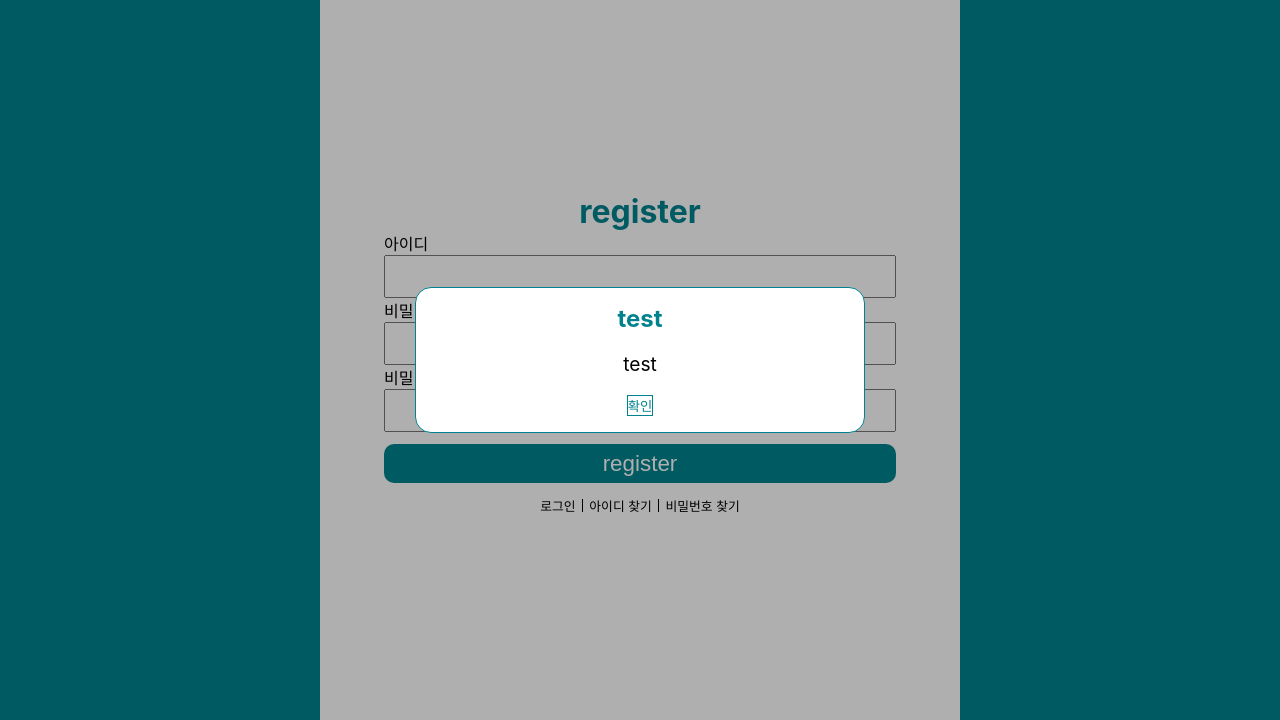
Repository: SeungYn/ticktickup-client
Page: /register
These files come from the project's save history. The page is drawn as it stood at one moment and after the next save; the edit follows.
The browser window is 1280 px wide. The pictures show the whole page.
The project was rebuilt for these pictures with package versions that can differ from the ones it lists, and the page was loaded fresh each time. Also part of the build but not shown: src/App.tsx, src/pages/Main.tsx, src/pages/TimeDetail.tsx, src/pages/MyInfo.tsx, src/containers/auth/LoginFormContainer.tsx, src/pages/LoginPage.tsx.

Above is the page before, as saved 2023-01-04 00:23:19.

### src/index.tsx
import React from 'react';
import ReactDOM from 'react-dom/client';
import { createBrowserRouter, RouterProvider } from 'react-router-dom';

import './index.css';
import App from './App';
import Main from './pages/Main';
import TimeDetail from './pages/TimeDetail';
import MyInfo from './pages/MyInfo';
import LoginContainer from './pages/LoginPage';
import RegisterPage from './pages/RegisterPage';
import { Provider } from 'react-redux';
import { store } from './modules';
import { ThemeProvider } from 'styled-components';

const root = ReactDOM.createRoot(
  document.getElementById('root') as HTMLElement
);

const router = createBrowserRouter([
  {
    path: '/',
    element: <App />,
    children: [
      { index: true, element: <Main /> },
      {
        path: 'TimeDetail',
        element: <TimeDetail />,
      },
      {
        path: 'Myinfo',
        element: <MyInfo />,
      },
    ],
  },
  {
    path: 'Login',
    element: <LoginContainer />,
  },
  {
    path: 'register',
    element: <RegisterPage />,
  },
]);

root.render(
  <Provider store={store}>
    <ThemeProvider theme={{ color: '#00838f' }}>
      <RouterProvider router={router}></RouterProvider>
    </ThemeProvider>
  </Provider>
);

### src/index.css
* {
  box-sizing: border-box;
}

html {
  height: 100%;
  width: 100%;
}

body {
  margin: 0;
  font-family: -apple-system, BlinkMacSystemFont, 'Segoe UI', 'Roboto', 'Oxygen',
    'Ubuntu', 'Cantarell', 'Fira Sans', 'Droid Sans', 'Helvetica Neue',
    sans-serif;
  -webkit-font-smoothing: antialiased;
  -moz-osx-font-smoothing: grayscale;
  height: 100%;
  width: 100%;
}

code {
  font-family: source-code-pro, Menlo, Monaco, Consolas, 'Courier New',
    monospace;
}

#root {
  height: 100%;
  width: 100%;
  background-color: #00838f;
  display: flex;
  justify-content: center;
}

input {
  outline: none;
}

h1,
h2 {
  margin: 0;
}

button {
  outline: none;
  background: none;
  border: none;
  cursor: pointer;
  padding: 0;
}

a {
  text-decoration: none;
  color: black;
}

a:visited {
  color: black;
}

### src/pages/RegisterPage.tsx
import React from 'react';
import RegisterFormContainer from '../containers/auth/RegisterFormContainer';

export default function RegisterPage() {
  const onSubmit = (e: React.FormEvent<HTMLFormElement>) => {
    e.preventDefault();
    console.log('submit');
  };
  return <RegisterFormContainer />;
}

### src/modules/index.ts
import { configureStore } from '@reduxjs/toolkit';
import authReducer from './auth';
import loadingReducer from './Loading';

export const store = configureStore({
  reducer: { auth: authReducer, loading: loadingReducer },
});
export type RootState = ReturnType<typeof store.getState>;
export type AppDispatch = typeof store.dispatch;

### src/containers/auth/RegisterFormContainer.tsx
import React from 'react';
import { useDispatch, useSelector } from 'react-redux';
import AuthForm from '../../components/auth/AuthForm';
import { AppDispatch, RootState } from '../../modules';
import { authRegister, changeField } from '../../modules/auth';

export default function RegisterFormContainer() {
  const { register, authError } = useSelector((state: RootState) => state.auth);
  const { loading } = useSelector((state: RootState) => state);
  const dispatch = useDispatch<AppDispatch>();
  const onSubmit = async (e: React.FormEvent<HTMLFormElement>) => {
    e.preventDefault();
    console.log('submit');

    const test = await dispatch(
      authRegister({ username: register.username, password: register.password })
    );
    console.log(test);
  };

  const onChange = (e: React.ChangeEvent<HTMLInputElement>) => {
    const { name, value } = e.target;
    dispatch(changeField({ form: 'register', name, value }));
  };
  console.log(authError);
  return (
    <AuthForm
      type={'register'}
      form={register}
      onChange={onChange}
      onSubmit={onSubmit}
      loading={loading.loading}
      passwordMatch={register.passwordMatch}
      authError={authError}
    />
  );
}

### src/modules/auth.ts
import { AxiosError, AxiosResponse } from 'axios';
import {
  createAsyncThunk,
  createSlice,
  current,
  PayloadAction,
} from '@reduxjs/toolkit';
import { AppDispatch } from '.';
import AuthService from '../service/authService';
import { finishLoading, startLoading } from './Loading';

const authService = AuthService.getHttpInstance();

export interface AuthSuccessResponse {
  username: string;
  token: string;
}

export interface AuthFailResponse {
  error: string;
}

export type Register = {
  username: string;
  password: string;
  passwordConfirm: string;
  passwordMatch: boolean;
  [key: string]: string | boolean;
};

export type Login = {
  username: string;
  password: string;
  [key: string]: string;
};

export const authRegister = createAsyncThunk<
  { token: string; username: string },
  { username: string; password: string },
  {
    rejectValue: AuthFailResponse;
    dispatch: AppDispatch;
  }
>('auth/REGISTER', async (form, thunkAPI) => {
  console.log('async');
  console.log(thunkAPI);
  thunkAPI.dispatch(startLoading());
  try {
    const res = (await authService.signup(
      form.username,
      form.password
    )) as AxiosResponse;

    return res.data;
  } catch (e) {
    //todo 에러메세지 가져오기

    return thunkAPI.rejectWithValue({ error: String(e) });
  } finally {
    thunkAPI.dispatch(finishLoading());
  }
});

export const authLogin = createAsyncThunk(
  'auth/LOGIN',
  async (form: Login, thunkAPI) => {
    thunkAPI.dispatch(startLoading());
    try {
      return { payload: { token: '123', username: '123' } };
    } catch (e) {
      return thunkAPI.rejectWithValue({ error: '123' });
    } finally {
      thunkAPI.dispatch(finishLoading());
    }
  }
);

interface InitialAuthFormState {
  register: Register;
  login: Login;
  authError: string | null | undefined;
  authDuplicateError: string | null;
  auth: null | { [key: string]: string };
}

const initialAuthFormState: InitialAuthFormState = {
  register: {
    username: '',
    password: '',
    passwordConfirm: '',
    passwordMatch: true,
  },

  login: {
    username: '',
    password: '',
  },
  authError: null,
  authDuplicateError: null,
  auth: null,
};

const authSlice = createSlice({
  name: 'authForm',
  initialState: initialAuthFormState,
  reducers: {
    changeField: (
      state,
      {
        payload,
      }: PayloadAction<{
        form: 'login' | 'register';
        value: string;
        name: string;
      }>
    ) => {
      const { form, name, value } = payload;

      state[form][name] = value;
      if (form === 'register') {
        if (state[form].password !== state[form].passwordConfirm)
          state[form].passwordMatch = false;
        else state[form].passwordMatch = true;
      }
    },
    initialForm: (
      state,
      { payload }: PayloadAction<{ form: 'login' | 'register' }>
    ) => {
      const { form } = payload;
      if (form === 'login') state[form] = initialAuthFormState[form];
      else state[form] = initialAuthFormState[form];
    },
  },
  extraReducers: (builder) => {
    builder
      .addCase(authRegister.pending, (state, action) => {
        state.authError = null;
        console.log('pending auth');
      })
      .addCase(authRegister.fulfilled, (state, action) => {
        state.auth = action.payload;
        console.log('fulfilled auth');
      })
      .addCase(authRegister.rejected, (state, action) => {
        state.authError = action.payload?.error;
      })
      .addCase(authLogin.pending, (state, action) => {
        console.log('pending');
      })
      .addCase(authLogin.fulfilled, (state, action) => {
        console.log('fulfilled');
      })
      .addCase(authLogin.rejected, (state, action) => {
        console.log('rejected');
      });
  },
});

export const { changeField, initialForm } = authSlice.actions;

export default authSlice.reducer;

### src/modules/Loading.ts
import { createSlice } from '@reduxjs/toolkit';

const loadingSlice = createSlice({
  name: 'loading',
  initialState: { loading: false },
  reducers: {
    startLoading: (state) => {
      console.log('startLoading');
      state.loading = true;
    },
    finishLoading: (state) => {
      state.loading = false;
    },
  },
});

export const { startLoading, finishLoading } = loadingSlice.actions;
export default loadingSlice.reducer;

### src/components/auth/AuthForm.tsx
import styles from './authForm.modue.scss';
import classNames from 'classnames';
import AuthBtn from '../common/AuthBtn';
import { Link } from 'react-router-dom';
import { Login, Register } from '../../modules/auth';
import { AppDispatch } from '../../modules';
import React from 'react';
import { css } from 'styled-components';
import ConfirmModal from '../common/ConfirmModal';
const cx = classNames.bind(styles);
interface AuthFormType {
  type: string;
  form: Login | Register;
  loading?: boolean;
  passwordMatch?: boolean;
  onSubmit: (e: React.FormEvent<HTMLFormElement>) => void;
  onChange: (e: React.ChangeEvent<HTMLInputElement>) => void;
  authError?: null | string;
}

export default function AuthForm({
  type,
  form,
  onChange,
  onSubmit,
  loading,
  passwordMatch,
  authError,
}: AuthFormType) {
  console.log(passwordMatch);
  return (
    <>
      {true && (
        <ConfirmModal
          title='test'
          content='test'
          callback={() => {}}
        ></ConfirmModal>
      )}
      <form className={cx('form')} onSubmit={onSubmit}>
        <h1>{type}</h1>
        <label htmlFor='username'>
          아이디
          <input
            type='text'
            name='username'
            onChange={onChange}
            value={form.username}
            required
          />
        </label>

        <label htmlFor='password'>
          비밀번호
          <input
            type='password'
            name='password'
            onChange={onChange}
            value={form.password}
            required
          />
        </label>

        {type === 'register' && (
          <label htmlFor='password' id='label-last'>
            <div>
              <span>비밀번호 확인</span>{' '}
              {!passwordMatch && (
                <span className={cx({ passwordNotMatch: !passwordMatch })}>
                  비밀번호를 확인해 주세요
                </span>
              )}
            </div>
            <input
              type='password'
              name='passwordConfirm'
              value={form.passwordConfirm}
              onChange={onChange}
              required
            />
          </label>
        )}
        {authError && <span style={{ color: 'red' }}>{authError}</span>}
        <AuthBtn title={type} />

        <div className={cx('footer')}>
          {type === 'login' ? (
            <Link to='/register' className={cx('footerBtn')}>
              회원가입
            </Link>
          ) : (
            <Link to='/login' className={cx('footerBtn')}>
              로그인
            </Link>
          )}
          <span className={cx('gap')}></span>
          <button className={cx('footerBtn')}>아이디 찾기</button>
          <span className={cx('gap')}></span>
          <button className={cx('footerBtn')}>비밀번호 찾기</button>
        </div>
      </form>
    </>
  );
}

### src/service/authService.ts
import { AxiosPromise, AxiosResponse } from 'axios';
import Http, { HttpInterface } from '../network/http';
export default class AuthService {
  private static instance: AuthService;

  private constructor(private http: HttpInterface) {}

  async signup(username: string, password: string) {
    const data = await this.http.fetch('/auth/signup', {
      method: 'POST',
      data: JSON.stringify({ username, password }),
    });
    console.log('data', data);
    return data;
  }

  public static getHttpInstance() {
    if (!AuthService.instance) {
      AuthService.instance = new AuthService(Http.getHttpInstance());
    }
    return AuthService.instance;
  }
}

### src/components/auth/authForm.modue.scss
@import '../../styles/utils.scss';

.form {
  width: 50%;
  min-width: 500px;
  height: 100%;
  display: flex;
  flex-direction: column;
  justify-content: center;
  align-items: center;
  background-color: $backgroundColor;
  padding: 0 4rem;

  & > *:not(label) {
    margin-bottom: 0.8rem;
  }

  & #label-last {
    margin-bottom: 0.8rem;
  }

  & > h1 {
    margin: 0;
    color: $main-color;
  }

  & input {
    font-size: 1.4rem;
    padding: 0.4rem 0;
  }

  & label {
    width: 100%;
    display: flex;
    flex-direction: column;
  }
}

.footer {
  display: flex;
  align-items: center;
}

.gap {
  display: inline-block;
  height: 0.8rem;
  border-left: 1px solid black;
}

.footerBtn {
  font-size: 0.8rem;
  padding: 0 0.4rem;
}

.passwordNotMatch {
  color: red;
}

@media (max-width: 800px) {
  .form {
  }
}

### src/components/common/AuthBtn.tsx
import styled from 'styled-components';

interface AuthBtnType {
  title: string;
}

const StyledInput = styled.button`
  width: 100%;

  font-size: 1.4rem;
  border: none;
  background: #00838f;
  border-radius: 10px;
  padding: 0.4rem 0;
  color: white;
  &:hover {
    cursor: pointer;
  }
`;

export default function AuthBtn({ title }: AuthBtnType) {
  return <StyledInput>{title}</StyledInput>;
}

### src/components/common/ConfirmModal.tsx
import styled from 'styled-components';

interface ModalType {
  title: string;
  content: string;
  callback: () => void;
}

export default function ConfirmModal({ title, content, callback }: ModalType) {
  return (
    <ModalContainer>
      <ModalContent>
        <h2>{title}</h2>
        <p>{content}</p>
        <button onClick={callback}>확인</button>
      </ModalContent>
    </ModalContainer>
  );
}

const ModalContainer = styled.div`
  width: 100%;
  height: 100%;
  position: fixed;
  background-color: rgba(0, 0, 0, 0.312);
  display: flex;
  justify-content: center;
  align-items: center;
`;

const ModalContent = styled.div`
  width: 450px;
  padding: 1rem;
  display: flex;
  flex-direction: column;
  justify-content: center;
  align-items: center;
  border: 1px solid ${(props) => props.theme.color};
  background-color: white;
  border-radius: 1rem;
  & h2 {
    color: ${(props) => props.theme.color};
  }
  & p {
    font-size: 1.2rem;
  }

  & button {
    color: ${(props) => props.theme.color};
    border: 1px solid ${(props) => props.theme.color};
  }
`;

### src/network/http.ts
import axios, {
  AxiosError,
  AxiosInstance,
  AxiosInterceptorOptions,
  AxiosRequestConfig,
  AxiosResponse,
} from 'axios';

export interface HttpInterface {
  fetch: (
    url: string,
    options: AxiosRequestConfig
  ) => Promise<AxiosResponse | AxiosError>;
}

export default class Http implements HttpInterface {
  private static instance: Http;
  private readonly client: AxiosInstance;
  private constructor(baseURL: string) {
    this.client = axios.create({
      baseURL: baseURL,
      withCredentials: true,
    });
  }

  async fetch(
    url: string,
    options: AxiosRequestConfig
  ): Promise<AxiosResponse> {
    this.client.defaults.headers.post['Content-Type'] = 'application/json';
    const { data, method, headers } = options;
    const request = {
      url,
      method,
      headers: {
        ...headers,
      },
      data,
    };
    let res: AxiosResponse;

    try {
      res = await this.client(request);
      return res;
    } catch (e) {
      if (axios.isAxiosError(e)) {
        const message = e.response?.data?.message;
        if (message) {
          throw new Error(message);
        }
      }
      throw new Error('Connect Error');
    }
  }
  public static getHttpInstance() {
    if (!Http.instance) {
      Http.instance = new Http(process.env.REACT_APP_BASE_URL as string);
    }
    return Http.instance;
  }
}

const a: HttpInterface = Http.getHttpInstance();

### src/styles/utils.scss
@import '~include-media/dist/include-media';

$red: #fa5252;
$orange: #fd7e14;
$yellow: #fcc419;
$green: #40c057;
$blue: #339af0;
$indigo: #5c7cfa;
$violet: #7950f2;
$backgroundColor: white;
$main-color: #00838f;
$font-size-medium: 1.2rem;
@mixin square($size) {
  $calculated: 32px * $size;
  width: $calculated;
  height: $calculated;
}

Loaded but not shown: public/index.html (common file)

After the next save:
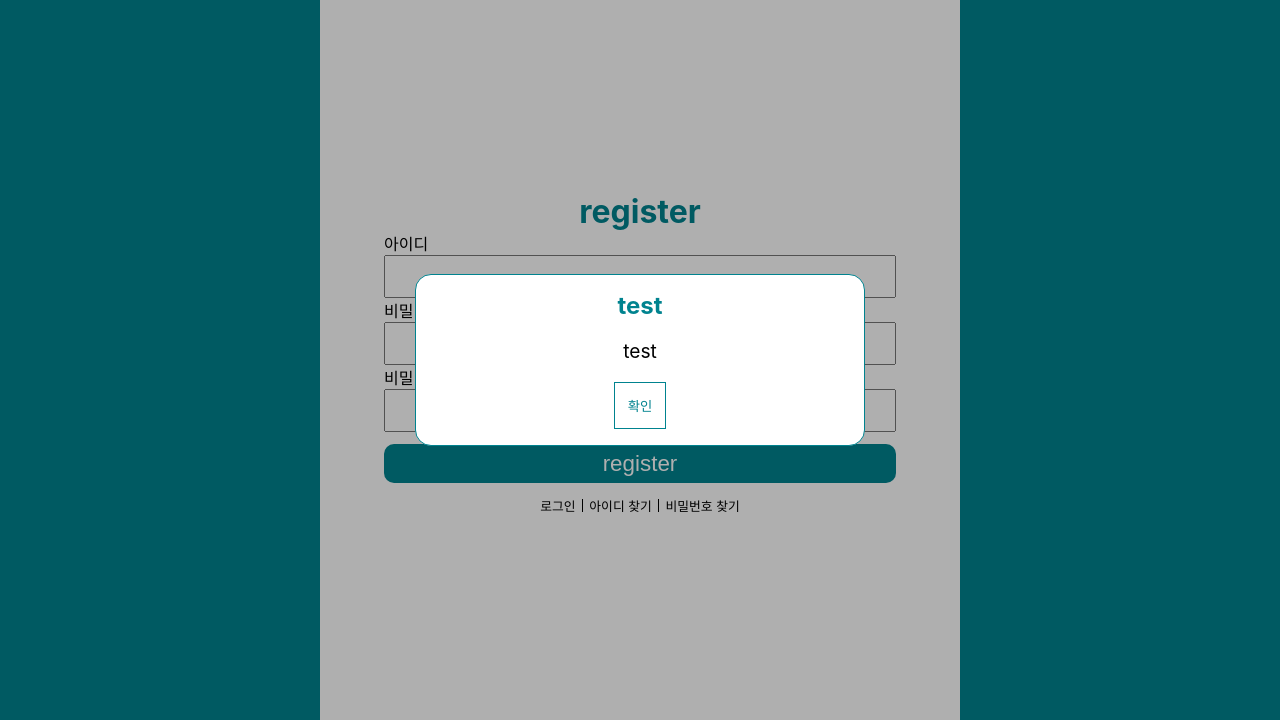
Saved 8 s later.
--- a/src/components/common/ConfirmModal.tsx
+++ b/src/components/common/ConfirmModal.tsx
@@ -48,5 +48,6 @@ const ModalContent = styled.div`
   & button {
     color: ${(props) => props.theme.color};
     border: 1px solid ${(props) => props.theme.color};
+    padding: 0.8rem;
   }
 `;
